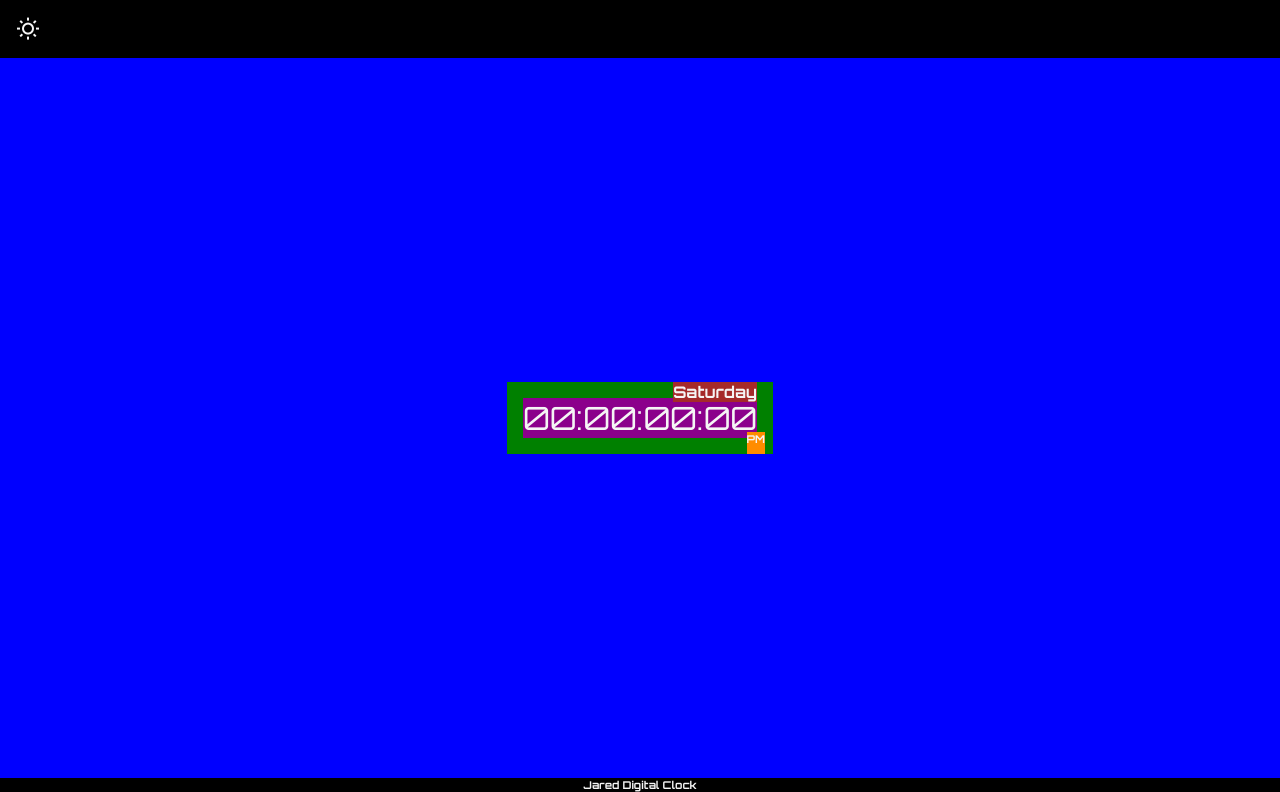
Repository: EguJaredoBoyd/Jared-Digital-Clock
Page: index.html
These files come from the project's save history. The page is drawn as it stood at one moment and after the next save; the edit follows.
The browser window is 1280 px wide. The pictures show the whole page.
Some web libraries are served in a nearby version.

Above is the page before, as saved 2026-01-04 22:51:32.

After the next save:
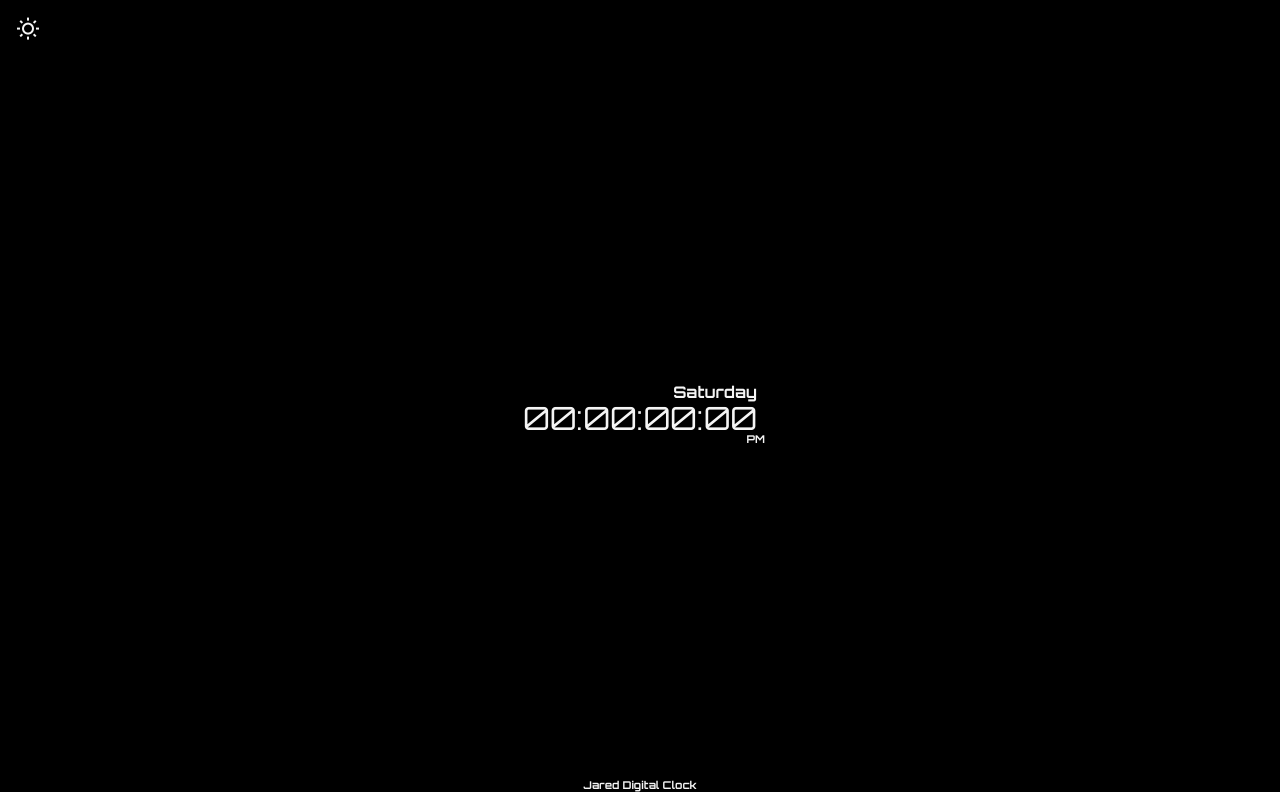
Saved 118 s later.
--- a/css/styles.css
+++ b/css/styles.css
@@ -66,7 +66,6 @@ header button i {
   width: 100%;
   max-width: 100%;
   position: relative;
-  background-color: blue;
 }
 
 .watch-container__time {
@@ -75,12 +74,10 @@ header button i {
   max-width: 100%;
   padding: 1rem;
   position: relative;
-  background-color: green;
 }
 
 .watch-container__time p {
   font-size: 2rem;
-  background-color: darkmagenta;
   max-width: 100%;
 }
 
@@ -89,13 +86,11 @@ header button i {
   right: 1rem;
   top: 0;
   margin-bottom: 1rem;
-  background-color: brown;
 }
 
 .watch-container__time h6 {
   align-self: self-end;
   padding-bottom: 0.5rem;
-  background-color: darkorange;
   position: absolute;
   right: 0.5rem;
   bottom: 0;
